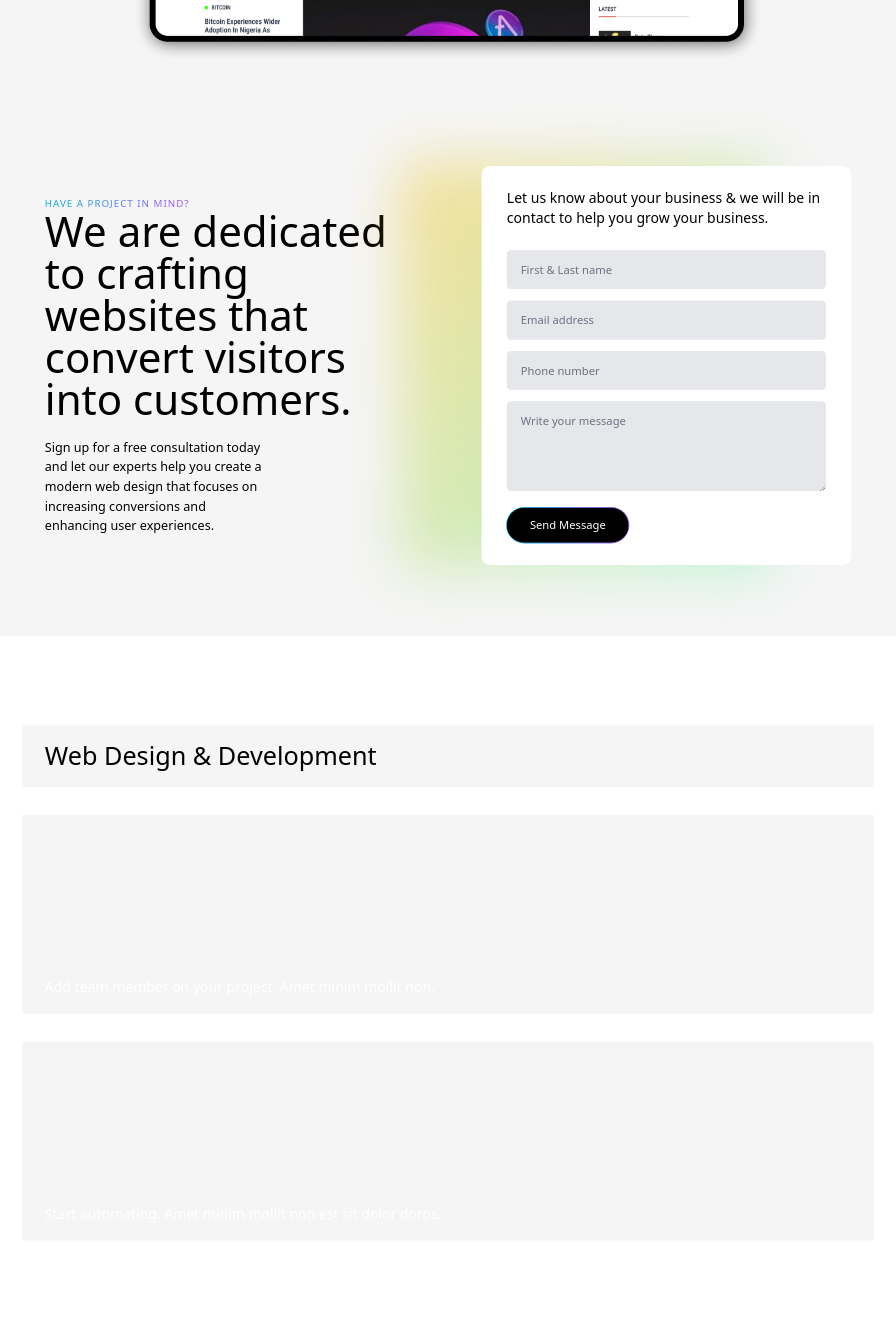
Repository: ornelasedward/mired_website
Page: /
An editor plug-in stored every save of this project. The page is shown before and after the next save, followed by the edit.
The browser window is 1280 px wide. The pictures show the part of the page from y = 1126 to 3046 px (the page is 3026 px tall before and 3046 px after), at 70% of full size.
The project was rebuilt for these pictures with package versions that can differ from the ones it lists, and the page was loaded fresh each time. The framework's server and built-in components were replaced by stand-ins that run in the browser. Also part of the build but not shown: next.config.js.

Above is the page before, as saved 2023-03-28 19:52:57.

### app/layout.tsx
import "./globals.css";

export const metadata = {
  title: "Mired",
  description: "Web design and development services",
};

export default function RootLayout({
  children,
}: {
  children: React.ReactNode;
}) {
  return (
    <html lang="en" className="bg-[#F5F5F5]">
      <body>{children}</body>
    </html>
  );
}

### app/page.tsx
import Header from "@/components/Header";
import Hero from "@/components/Hero";
import Services from "@/components/Services";
import CTA from "@/components/CTA";
import { Inter } from "next/font/google";
import Testimonial from "@/components/Testimonials";
import FAQ from "@/components/FAQ";
import Contact from "@/components/Contact";
import Footer from "@/components/Footer";

const inter = Inter({ subsets: ["latin"] });

export default function Home() {
  return (
    <main>
      <Hero />
      <Header />
      <Services />
      {/*  <CTA />
      <Testimonial />
      <FAQ />
      <Contact />
      <Footer /> */}
    </main>
  );
}

### components/Header.tsx
export default function Header() {
  return (
    <section className="py-12 overflow-hidden sm:py-16 lg:py-20 xl:py-24">
      <div className="px-4 mx-auto max-w-7xl sm:px-6 lg:px-8">
        <div className="grid max-w-6xl grid-cols-1 mx-auto gap-y-12 lg:grid-cols-2 lg:gap-x-16 xl:gap-x-24">
          <div className="relative flex flex-col justify-between max-w-lg lg:py-12 lg:max-w-none">
            <div className="flex-1">
              <p className="text-sm font-normal tracking-widest uppercase">
                <span className="text-transparent bg-clip-text bg-gradient-to-r from-cyan-500 to-purple-500">
                  {" "}
                  Have a project in mind?{" "}
                </span>
              </p>
            </div>

            <div className="mt-6 lg:mt-auto">
              <h2 className="text-3xl font-normal text-black sm:text-4xl lg:text-5xl xl:text-6xl">
                We are dedicated to crafting websites that convert visitors into
                customers.
              </h2>
              <p className="mt-4 text-base font-normal text-black lg:max-w-xs sm:text-lg sm:mt-6">
                Sign up for a free consultation today and let our experts help
                you create a modern web design that focuses on increasing
                conversions and enhancing user experiences.
              </p>
            </div>
          </div>

          <div className="relative flex items-center justify-center">
            <div className="absolute right-1/4 transform translate-x-4 -translate-y-1/2 top-1/2 bg-gradient-to-br from-[#F7BE08] to-[#55F5A3] w-full h-full blur-2xl opacity-40" />

            <div className="relative overflow-hidden bg-white rounded-xl">
              <div className="p-6 sm:py-8 sm:px-9">
                <p className="text-xl font-normal text-black">
                  Let us know about your business & we will be in contact to
                  help you grow your business.
                </p>

                <form action="#" method="POST" className="mt-8 space-y-4">
                  <div>
                    <label for="" className="sr-only">
                      {" "}
                      Full name{" "}
                    </label>
                    <div>
                      <input
                        type="text"
                        name=""
                        id=""
                        placeholder="First & Last name"
                        className="block w-full px-5 py-4 text-base text-black placeholder-gray-500 bg-gray-200 rounded-md focus:border-black focus:ring-1 focus:ring-black"
                      />
                    </div>
                  </div>

                  <div>
                    <label for="" className="sr-only">
                      {" "}
                      Email address{" "}
                    </label>
                    <div>
                      <input
                        type="email"
                        name=""
                        id=""
                        placeholder="Email address"
                        className="block w-full px-5 py-4 text-base text-black placeholder-gray-500 bg-gray-200 rounded-md focus:border-black focus:ring-1 focus:ring-black"
                      />
                    </div>
                  </div>

                  <div>
                    <label for="" className="sr-only">
                      {" "}
                      Phone number{" "}
                    </label>
                    <div>
                      <input
                        type="tel"
                        name=""
                        id=""
                        placeholder="Phone number"
                        className="block w-full px-5 py-4 text-base text-black placeholder-gray-500 bg-gray-200 rounded-md focus:border-black focus:ring-1 focus:ring-black"
                      />
                    </div>
                  </div>

                  <div>
                    <label for="" className="sr-only">
                      {" "}
                      Message{" "}
                    </label>
                    <div>
                      <textarea
                        name=""
                        id=""
                        placeholder="Write your message"
                        rows="4"
                        className="block w-full px-5 py-4 text-base text-black placeholder-gray-500 bg-gray-200 rounded-md focus:border-black focus:ring-1 focus:ring-black"
                      ></textarea>
                    </div>
                  </div>

                  <div>
                    <div className="relative inline-flex mt-2 group">
                      <div className="absolute transition-all duration-200 rounded-[2rem] -inset-px bg-gradient-to-r from-cyan-500 to-purple-500 group-hover:shadow-lg group-hover:shadow-cyan-500/50"></div>
                      <button
                        type="button"
                        className="relative inline-flex items-center justify-center px-8 py-3 text-base font-normal text-white bg-black border border-transparent rounded-[2rem]"
                        role="button"
                      >
                        Send Message
                      </button>
                    </div>
                  </div>
                </form>
              </div>
            </div>
          </div>
        </div>
      </div>
    </section>
  );
}

### components/Hero.tsx
import Image from "next/image";
import Link from "next/link";
import header from "../images/header.png";
import Logo from "../images/Logo.png";

export default function Hero() {
  return (
    <div className="overflow-x-hidden">
      <header className="py-4 md:py-6" x-data="{expanded: false}">
        <div className="container px-4 mx-auto sm:px-6 lg:px-8">
          <div className="flex items-center justify-between">
            <div className="flex-shrink-0">
              <Link
                href="#"
                title=""
                className="flex rounded outline-none focus:ring-1 focus:ring-gray-900 focus:ring-offset-2"
              >
                <Image
                  className="w-auto h-9"
                  src={Logo}
                  alt=""
                  width={100}
                  height={100}
                />
              </Link>
            </div>

            <div className="flex lg:hidden">
              <button type="button" className="text-gray-900">
                <span x-show="!expanded" aria-hidden="true">
                  <svg
                    className="w-7 h-7"
                    xmlns="http://www.w3.org/2000/svg"
                    fill="none"
                    viewBox="0 0 24 24"
                    stroke="currentColor"
                  >
                    <path
                      stroke-linecap="round"
                      stroke-linejoin="round"
                      stroke-width="1.5"
                      d="M4 6h16M4 12h16M4 18h16"
                    />
                  </svg>
                </span>

                <span x-show="expanded" aria-hidden="true">
                  <svg
                    className="w-7 h-7"
                    xmlns="http://www.w3.org/2000/svg"
                    fill="none"
                    viewBox="0 0 24 24"
                    stroke="currentColor"
                  >
                    <path
                      stroke-linecap="round"
                      stroke-linejoin="round"
                      stroke-width="2"
                      d="M6 18L18 6M6 6l12 12"
                    />
                  </svg>
                </span>
              </button>
            </div>

            <div className="hidden lg:flex lg:ml-16 lg:items-center lg:justify-center lg:space-x-10 xl:space-x-12">
              <Link
                href="#"
                title=""
                className="text-base font-medium text-gray-900 transition-all duration-200 rounded focus:outline-none font-pj hover:text-opacity-50 focus:ring-1 focus:ring-gray-900 focus:ring-offset-2 p-2"
              >
                Home
              </Link>

              <Link
                href="#"
                title=""
                className="text-base font-medium text-gray-900 transition-all duration-200 rounded focus:outline-none font-pj hover:text-opacity-50 focus:ring-1 focus:ring-gray-900 focus:ring-offset-2 p-2"
              >
                About
              </Link>

              <Link
                href="#"
                title=""
                className="text-base font-medium text-gray-900 transition-all duration-200 rounded focus:outline-none font-pj hover:text-opacity-50 focus:ring-1 focus:ring-gray-900 focus:ring-offset-2 p-2"
              >
                Services
              </Link>
              <Link
                href="#"
                title=""
                className="text-base font-medium text-gray-900 transition-all duration-200 rounded focus:outline-none font-pj hover:text-opacity-50 focus:ring-1 focus:ring-gray-900 focus:ring-offset-2 p-2"
              >
                Our work
              </Link>
              <Link
                href="#"
                title=""
                className="text-base font-medium text-gray-900 transition-all duration-200 rounded focus:outline-none font-pj hover:text-opacity-50 focus:ring-1 focus:ring-gray-900 focus:ring-offset-2 p-2"
              >
                FAQ
              </Link>
            </div>

            <div className="hidden lg:ml-auto lg:flex lg:items-center lg:space-x-10">
              <Link href="/" title="">
                <button
                  className="inline-flex items-center justify-center px-6 py-3 text-base font-normal leading-7 text-black transition-all duration-200 bg-transparent border-[2px] border-black rounded-[2rem] font-inter cursor-pointer focus:outline-none focus:ring-2 focus:ring-offset-2 focus:ring-gray-900 hover:bg-gray-900 focus:bg-gray-900 hover:text-white focus:text-white hover:border-gray-900 focus:border-gray-900"
                  role="button"
                >
                  <h1>Work with us</h1>
                  <svg
                    xmlns="http://www.w3.org/2000/svg"
                    fill="none"
                    viewBox="0 0 24 24"
                    stroke-width="1.5"
                    stroke="currentColor"
                    className="w-auto h-8 items-center pt-1 pl-2"
                  >
                    <path
                      stroke-linecap="round"
                      stroke-linejoin="round"
                      d="M17.25 8.25L21 12m0 0l-3.75 3.75M21 12H3"
                    />
                  </svg>
                </button>
              </Link>
            </div>
          </div>

          {/* <nav x-show="expanded" x-collapse>
            <div className="px-1 py-8">
              <div className="grid gap-y-7">
                <Link
                  href="#"
                  title=""
                  className="flex items-center p-3 -m-3 text-base font-medium text-gray-900 transition-all duration-200 rounded-xl hover:bg-gray-50 focus:outline-none font-pj focus:ring-1 focus:ring-gray-900 focus:ring-offset-2"
                >
                  {" "}
                  Features{" "}
                </Link>

                <Link
                  href="#"
                  title=""
                  className="flex items-center p-3 -m-3 text-base font-medium text-gray-900 transition-all duration-200 rounded-xl hover:bg-gray-50 focus:outline-none font-pj focus:ring-1 focus:ring-gray-900 focus:ring-offset-2"
                >
                  {" "}
                  Pricing{" "}
                </Link>

                <Link
                  href="#"
                  title=""
                  className="flex items-center p-3 -m-3 text-base font-medium text-gray-900 transition-all duration-200 rounded-xl hover:bg-gray-50 focus:outline-none font-pj focus:ring-1 focus:ring-gray-900 focus:ring-offset-2"
                >
                  {" "}
                  Automation{" "}
                </Link>

                <Link
                  href="#"
                  title=""
                  className="flex items-center p-3 -m-3 text-base font-medium text-gray-900 transition-all duration-200 rounded-xl hover:bg-gray-50 focus:outline-none font-pj focus:ring-1 focus:ring-gray-900 focus:ring-offset-2"
                >
                  {" "}
                  Customer Login{" "}
                </Link>

                <Link
                  href="#"
                  title=""
                  className="inline-flex items-center justify-center px-6 py-3 text-base font-bold leading-7 text-white transition-all duration-200 bg-gray-900 border border-transparent rounded-xl hover:bg-gray-600 font-pj focus:outline-none focus:ring-2 focus:ring-offset-2 focus:ring-gray-900"
                  role="button"
                >
                  Sign up
                </Link>
              </div>
            </div>
          </nav> */}
        </div>
      </header>

      <section className="pt-12 sm:pt-16">
        <div className="px-4 mx-auto max-w-7xl sm:px-6 lg:px-8">
          <div className="max-w-4xl mx-auto text-center">
            <div className="flex flex-col gap-4">
              <h1 className="mt-5 text-4xl font-light leading-tight text-gray-900 sm:leading-tight sm:text-5xl lg:text-6xl lg:leading-tight font-pj">
                Boost your online success with our data-driven
                <span className="relative inline-flex sm:inline">
                  {/* <span className="bg-gradient-to-r from-[#44BCFF] via-[#FF44EC] to-[#FF675E] blur-lg filter opacity-30 w-full h-full absolute inset-0"></span> */}
                  <span className="relative"> solutions </span>
                </span>
              </h1>
              <p className="px-6 text-lg text-gray-600 font-inter">
                Get the website you&apos;ve always wanted and the conversions{" "}
                you deserve with our
                <br /> full-service agency.
              </p>
            </div>
            <div className="px-8 sm:items-center sm:justify-center sm:px-0 sm:space-x-5 sm:flex mt-9">
              <Link
                href="#"
                title=""
                className="inline-flex items-center justify-center w-full px-8 py-3 text-lg font-bold text-black transition-all duration-200 bg-[#F8D44C] border-2 border-transparent sm:w-auto rounded-[2rem] font-pj hover:bg-gray-600 hover:text-white focus:bg-gray-600 focus:text-white focus:outline-none focus:ring-2 focus:ring-offset-2 focus:ring-gray-900"
                role="button"
              >
                Book a consultation
              </Link>

              <Link
                href="#"
                title=""
                className="inline-flex items-center justify-center w-full px-6 py-3 mt-4 text-lg font-bold text-black transition-all duration-200 border-2 border-black sm:w-auto sm:mt-0 rounded-[2rem] font-pj focus:outline-none focus:ring-2 focus:ring-offset-2 focus:ring-gray-900 hover:bg-gray-900 focus:bg-gray-900 hover:text-white focus:text-white hover:border-gray-900 focus:border-gray-900"
                role="button"
              >
                Take our quiz
                <svg
                  className="w-5 h-5 mr-2 pt-1"
                  viewBox="0 0 18 18"
                  fill="none"
                  stroke="currentColor"
                  xmlns="http://www.w3.org/2000/svg"
                >
                  <path
                    d="M8.18003 13.4261C6.8586 14.3918 5 13.448 5 11.8113V5.43865C5 3.80198 6.8586 2.85821 8.18003 3.82387L12.5403 7.01022C13.6336 7.80916 13.6336 9.44084 12.5403 10.2398L8.18003 13.4261Z"
                    stroke-width="2"
                    stroke-miterlimit="10"
                    stroke-linecap="round"
                    stroke-linejoin="round"
                  />
                </svg>
              </Link>
            </div>
          </div>
        </div>
        <div className="absolute bottom-1/2 left-1/4 w-2/3 h-full rounded-full bg-[#55F5A3] opacity-80 blur-3xl filter -z-10" />
        <div className="absolute bottom-1/4 right-0 w-1/4 h-full rounded-full bg-[#F1CB00] opacity-50 blur-3xl filter -z-10" />
        <div className="py-12">
          <div className="">
            <Image
              className="m-auto"
              src={header}
              alt=""
              width={900}
              height={900}
            />
          </div>
        </div>
      </section>
    </div>
  );
}

### components/Services.tsx
import Image from "next/image";

export default function Services() {
  return (
    <div className="bg-white">
      <div className="relative px-4 mx-auto sm:px-6 lg:px-8 max-w-7xl">
        <div className="grid grid-cols-1 gap-10 py-32">
          <div className="bg-[#F5F5F5]">
            <div className="p-6 sm:px-8">
              <h1 className="text-4xl font-normal text-black">
                Web Design & Development
              </h1>
            </div>
          </div>

          <div className="bg-[#F5F5F5]">
            <div className="p-6 sm:px-8">
              <p className="mt-12 text-xl font-normal text-white lg:mt-32 xl:mt-52">
                Add team member on your project. Amet minim mollit non.
              </p>
            </div>
          </div>

          <div className="bg-[#F5F5F5]">
            <div className="p-6 sm:px-8">
              <p className="mt-12 text-xl font-normal text-white lg:mt-32 xl:mt-52">
                Start automating. Amet minim mollit non est sit dolor doros.
              </p>
            </div>
          </div>
        </div>
      </div>
    </div>
  );
}

Loaded but not shown: app/globals.css (common file); tailwind.config.js (common file)

After the next save:
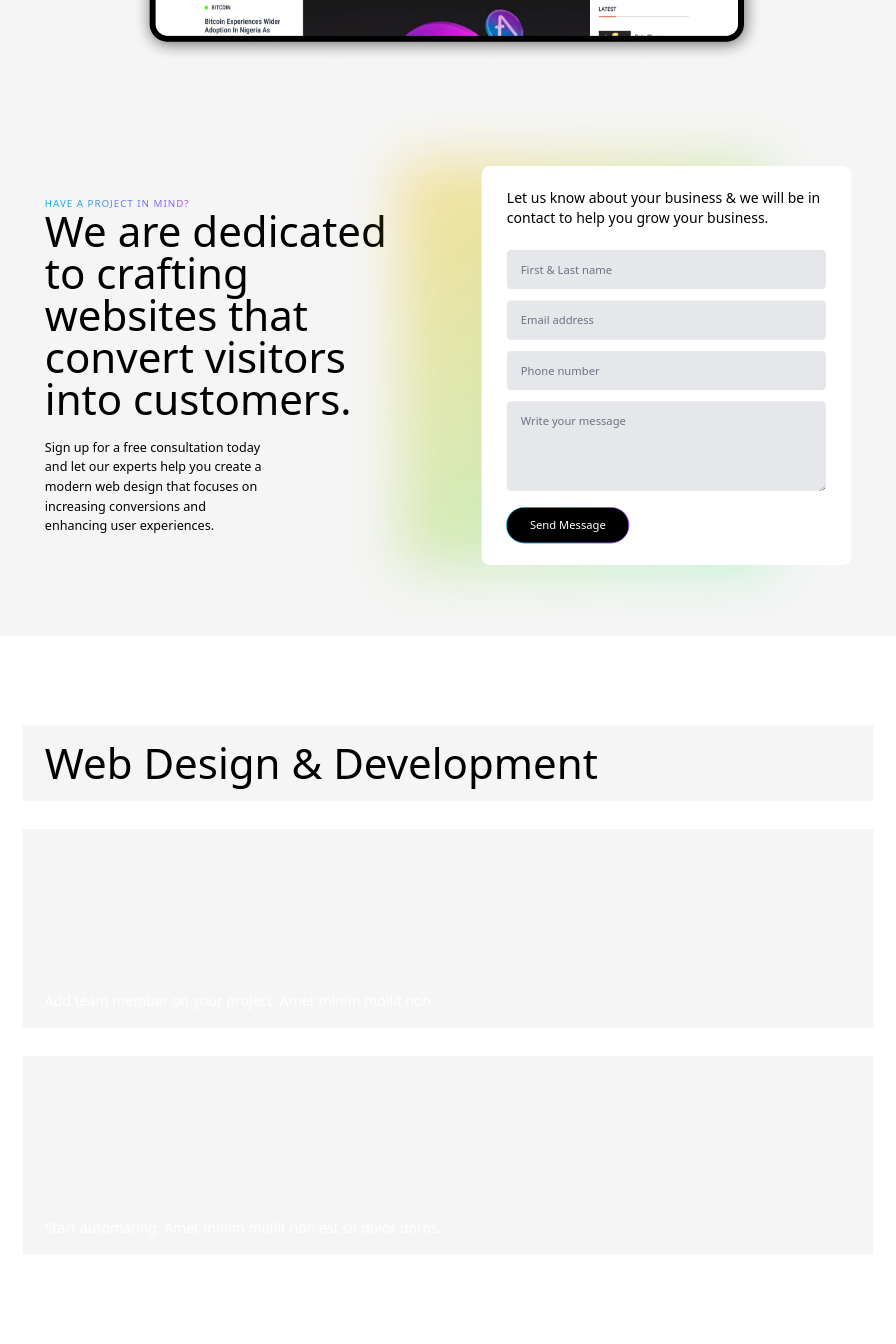
Saved 9 s later.
--- a/components/Services.tsx
+++ b/components/Services.tsx
@@ -7,7 +7,7 @@
         <div className="grid grid-cols-1 gap-10 py-32">
           <div className="bg-[#F5F5F5]">
             <div className="p-6 sm:px-8">
-              <h1 className="text-4xl font-normal text-black">
+              <h1 className="text-6xl font-normal text-black">
                 Web Design & Development
               </h1>
             </div>
